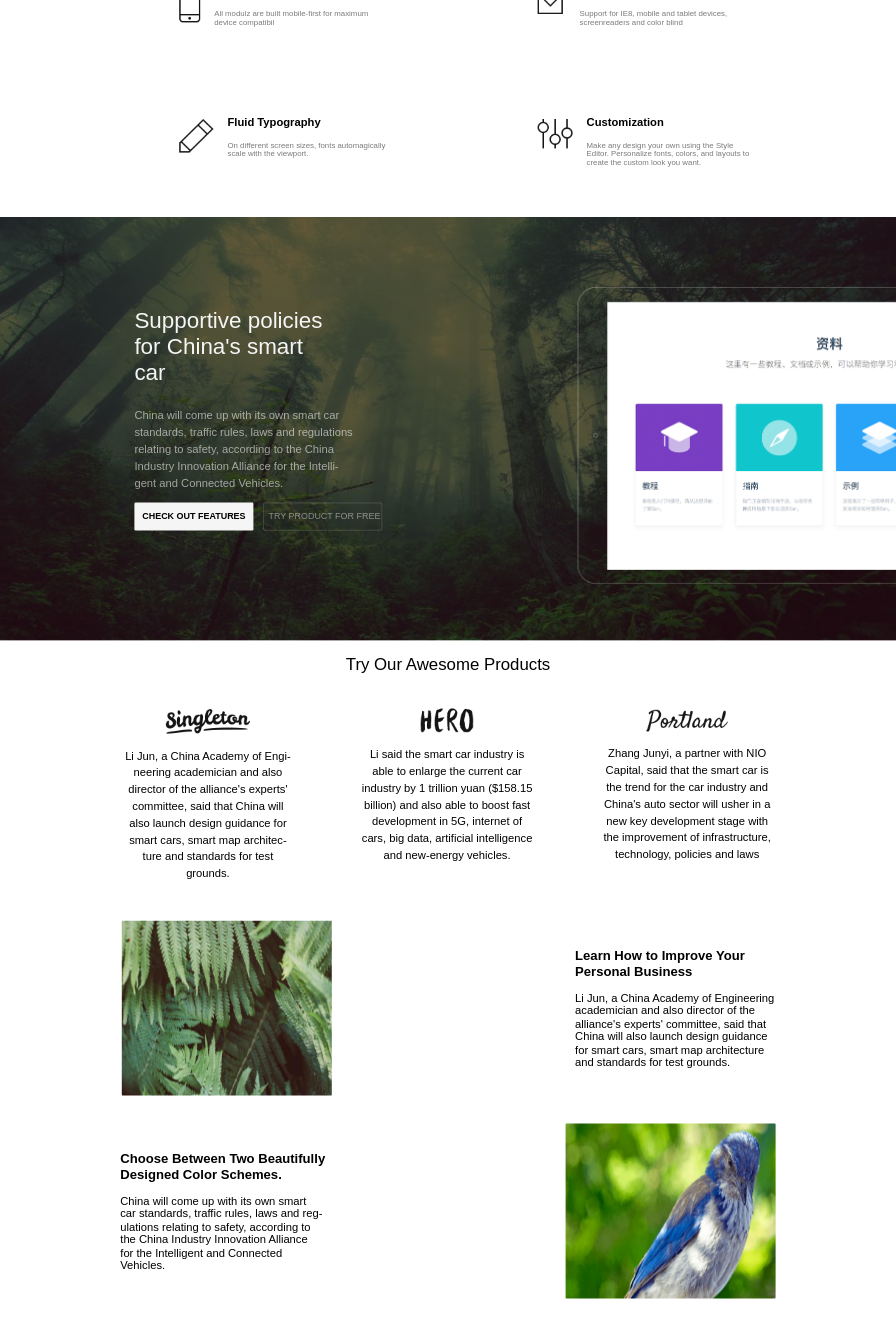
Repository: sogeisetsu/suy-ife
Page: 009-011/index.html
These files come from the project's save history. The page is drawn as it stood at one moment and after the next save; the edit follows.
The browser window is 1280 px wide. The pictures show the part of the page from y = 900 to 2820 px (the page is 2820 px tall), at 70% of full size.

Above is the page before, as saved 2019-10-12 11:43:28.

### 009-011/index.html
<!DOCTYPE html>
<html>
    <head>
        <meta name="charset" content="utf-8">
        <meta http-equiv="refresh" content="30">
        <link rel="stylesheet" href="normalize.css" type="text/css">
        <link rel="stylesheet" href="index.css" type="text/css">
    </head>
    <body>
        <div id=head>
            <div class=headback>
                <img src="sucai/head-back.png" alt="头部背景" class="head-image">
                <div class="headbackcolor"></div>
            </div>
            <div class="headfont">
                <h1 class="headfonttittle">Hello World</h1>
                <p class="headfonttext">China is speeding up strategic plan, standards, traffic rules, laws and regulations on  </p>
                <p class="headfonttext">accident-incurred liabilities for its smart car industry, Economic Information Daily </p>
                <p class="headfonttext">reported Thursday.</p>
            </div>
            <div class="headform">
                <h2 class="tittle">Create Your Account</h2>
                <p class="text">It is absolutely free</p>
                <form action="#">
                    <input class="input-field" type="email" name="email" id="email" placeholder="Create your email">
                    <input class="input-field" type="password" name="pws" id="pws" placeholder="Create your password">
                    <input class="sign-up" type="button" value="Sign Up">
                </form>
            </div>
        </div>
        <div id="page2">
            <div class="p2head">
                <p>Boatloads of Awesome</p>
                <h2>Ready-made, customizable, HTML <br>landing page sections</h2>
            </div>
            <div class="p2text">
                <div class="iphone">
                    <img src="sucai/Iphone Icon.png" alt="iphone">
                    <div class="texto">
                    <p class="tittle">Mobile First</p>
                    <p class="text">All modulz are built mobile-first for maximum<br>device compatibil </p>
                    </div>
                </div>
                <div class="check">
                    <img src="sucai/Check Icon.png" alt="check">
                    <div class="texto">
                    <p class="tittle">Accessibility</p>
                    <p class="text">Support for IE8, mobile and tablet devices,<br> screenreaders and color blind</p>
                    </div>
                </div>
                <div class="pencil">
                    <img src="sucai/Pencil Icon.png" alt="pencil">
                    <div class="texto">
                    <p class="tittle">Fluid Typography</p>
                    <p class="text">On different screen sizes, fonts automagically<br> scale with the viewport.</p>
                    </div>
                </div>
                <div class="setting">
                    <img src="sucai/Settings Icon.png" alt="setting">
                    <div class="texto">
                    <p class="tittle">Customization</p>
                    <p class="text">Make any design your own using the Style<br> Editor. Personalize fonts, colors, and layouts to<br> create the custom look you want.</p>
                    </div>
                </div>
            </div>
        </div>
        <div id=page3>
            <div class=page3back>
                <img src="sucai/page3background.png" alt="第三张背景" class="page3-image">
                <!-- <img src="sucai/page3Screen.png" alt="ipad屏幕" class="page3-screen"> -->
                <div class="headbackcolor"></div>
                <img src="sucai/page3Screen.png" alt="ipad屏幕" class="page3-screen">
            </div>
            <div class="page3text">
                <p class="tittle">Supportive policies<br> for China's smart<br> car</p>
                <p class="text">China will come up with its own smart car<br> standards, traffic rules, laws and regulations<br> relating to safety, according to the China<br> Industry Innovation Alliance for the Intelli-<br>gent and Connected Vehicles.</p>
                <input class="CheckoutFeatures" type="button" value="CHECK OUT FEATURES">
                <input class="TryproductforFree" type="button" value="Try product for Free">
            </div>
        </div>
        <div id="page4">
            <h2 class="tittle">Try Our Awesome Products</h2>
            <div class="text">
                <div class="singleton">
                    <img src="sucai/Singleton.png" alt="singleton">
                    <p>Li Jun, a China Academy of Engi-<br>neering academician and also<br> director of the alliance's experts'<br> committee, said that China will<br> also launch design guidance for<br> smart cars, smart map architec-<br>ture and standards for test<br> grounds.</p>
                </div>
                <div class="hero">
                    <img src="sucai/Hero.png" alt="hero">
                    <p>Li said the smart car industry is<br> able to enlarge the current car<br> industry by 1 trillion yuan ($158.15<br> billion) and also able to boost fast<br> development in 5G, internet of<br> cars, big data, artificial intelligence<br> and new-energy vehicles.</p>
                </div>
                <div class="portlaned">
                    <img src="sucai/Portland.png" alt="portland">
                    <p>Zhang Junyi, a partner with NIO<br> Capital, said that the smart car is<br> the trend for the car industry and<br> China's auto sector will usher in a<br> new key development stage with<br> the improvement of infrastructure,<br> technology, policies and laws</p>
                </div>
            </div>
        </div>
        <div id="page5">
            <div class="p5text">
            <div class="tree">
                <img src="sucai/tree.png" alt="树木">
                <div class="tree-text">
                    <h3>Learn How to Improve Your <br>Personal Business</h3>
                    <p>Li Jun, a China Academy of Engineering<br> academician and also director of the<br> alliance's experts' committee, said that<br> China will also launch design guidance<br> for smart cars, smart map architecture<br> and standards for test grounds.</p>
                </div>
            </div>
            <div class="bird">
                <!-- <img src="sucai/bird.png" alt="鸟"> -->
                <div class="bird-text">
                    <h3>Choose Between Two Beautifully<br> Designed Color Schemes.</h3>
                    <p>China will come up with its own smart<br> car standards, traffic rules, laws and reg-<br>ulations relating to safety, according to<br> the China Industry Innovation Alliance<br> for the Intelligent and Connected<br> Vehicles.</p>
                </div>
                <img src="sucai/bird.png" alt="鸟">
            </div>
            </div>
        </div>
    </body>
</html>

### 009-011/index.css
html,body{
    margin: 0;
    height: 100%;
    width: 100%;
}
#head,#page2,#page3{
    width: 100%;
    height: 605px;
    overflow: hidden;
}
#page5{
    width: 100%;
    height: 605px;
    overflow: hidden;
}

#page4{
    width: 100%;
    height: 400px;
    overflow: hidden;
}
.headback{
    position: relative;
    width: 100%;
    height: 100%;
    z-index: -1;
}
.page3back{
    width: 100%;
    height: 100%;
    z-index: -1;
}
.page3-screen{
    position: relative;
    bottom: 1210px;
    height: 70%;
    display: block;
     margin-top: 100px;
     margin-right: 0%;
     float: right;
}
.headbackcolor{
    background-color: rgba(12, 10, 8, 0.61);
    width: 100%;
    height: 100%;
    position: relative;
    bottom: 605px;
}
.head-image,.page3-image{
    height: 100%;
    width: 100%;
    display: block;
}
.headfont{
    position: relative;
    margin: 0;
    bottom: 605px;
    text-align: center;
}
.headfonttittle,.page3text .tittle{
    margin-top: 130px;
    font-size: 3em;
    color: rgb(245, 245, 245);
    font-weight: 300;
}
.headfonttext,.page3text .text{
    font-weight: 300;
    color: rgba(255, 255, 255, 0.568);
}
.headform{
    position: relative;
    bottom: 605px;
    margin: 40px auto;
    border-style: solid ;
    border-width: 2px;
    border-color: rgba(236, 235, 233, 0.445);
    border-radius: 10px;
    box-sizing: border-box;
    width: 850px;
    display: flex;
    flex-direction: column;
    height: 230px;
}
.headform .tittle{
    color: rgba(252, 249, 246, 0.89);
    text-transform: uppercase;
    font-size: 1em;
    text-align: center;
}
.headform .text{
    color: rgba(252, 249, 246, 0.616);
    text-transform: uppercase;
    font-size: 0.3em;
    text-align: center;
    margin-top: 0;
    font-family: Montserrat-Light;
}
.headform form{
    margin: 40px auto;
}
input{
    color: rgb(245, 245, 245);
}
.headform .input-field{
    width: 292px;
    height: 50px;
    padding: 18px 0 18px 22px;
    margin-right: 30px;
    box-sizing: border-box;
	border-radius: 2px;
	border: solid 1px rgba(255, 255, 255, 0.2);
    background: transparent;
}

.headform .sign-up,.page3text .CheckoutFeatures,.page3text .TryproductforFree{
    color: rgb(0, 0, 0);
    background-color: rgb(245, 245, 245);
    text-align: center;
    border: 0;
    height: 40px;
    width: 130px;
    text-transform: uppercase;
    font-size: 0.8em;
    font-weight: bold;
    border-radius: 2px;
    cursor: pointer;
    outline: none;
}
.page3text .CheckoutFeatures{
    width: 170px;
}
.page3text .TryproductforFree{
    background-color: transparent;
    width: 170px;
    border: solid 1px rgba(255, 255, 255, 0.2);
    color: rgba(245, 245, 245, 0.486);
    font-weight: 400;
    position: relative;
    left: 10px;
}
.headform .sign-up:active{
    border: 0;
    border-color: rgb(245, 245, 245);
    outline: none;
}
.p2head{
    text-align: center;
    margin-top: 90px;
}
.p2head p{
    text-transform: uppercase;
    /* letter-spacing: 0.2em; */
    font-weight: 400;
    font-size: 0.8em;
    margin-bottom: 2em;
}
.p2head h2{
    font-weight: 400;
    letter-spacing: 0.1em;
    line-height: 1.2em;

}
.p2text{
    margin-top: 50px;
    display: flex;
    flex-flow: row wrap;
    margin-left: 20%;
}
.iphone,.check,.pencil,.setting{
    flex: 50%;
    margin-bottom: 60px;
    margin-top: 40px;
    /* overflow: hidden; */
}
.iphone img,.iphone .texto,.check .texto,.check img,.pencil .texto,.pencil img,.setting img,.setting .texto{
    float: left;
}
.iphone .texto,.check .texto,.pencil .texto,.setting .texto{
    position: relative;
    left: 20px;
    bottom: 20px;
    margin: 0;
}
.texto .tittle{
    font-weight: bold;
}
.texto .text{
    font-size: 0.7em;
    color: rgba(0, 0, 0, 0.521);
}
.page3text{
    width: 70%;
    left: 15%;
    bottom: 605px;
    position: relative;
}
.page3text .tittle{
    font-size: 2em;;
}
.page3text .text{
    line-height: 1.5em;
}
#page4 .tittle{
    text-align: center;
    font-weight: 400;
}
#page4 .text{
    display: flex;
    flex-flow: row;
    text-align: center;
    align-items: center;
    justify-content: space-around;
    margin-top: 50px;
    margin-left: 10%;
    margin-right: 10%;
}
.portlaned p,.singleton p,.hero p{
    font-weight: 300;
    line-height: 1.5em;
}
.hero,.portlaned{
    position: relative;
    bottom: 13px;
}
#page5 .tree,#page5 .bird{
    display: flex;
    /* width: 2000px; */
    box-sizing: border-box;
    width: 100%;
    align-items: center;
    justify-content: space-around;
    /* margin-top: 50px;
    margin-left: 10%; */
    position: relative;
    /* bottom: 605px; */
}
#page5 .bird{
    margin-top: 40px;
}
/* .tree .tree-text,.bird .bird-text{
    box-sizing: border-box;
    width: 500px;
    position: relative;
} */
/* .tree .tree-text{
    left: 200px;
} */
/* .p5text{
    margin-left: 20%;
} */
#page5 img{
    height: 250px;
    width: 300px;
}

Loaded but not shown: 009-011/normalize.css (library)

After the next save:
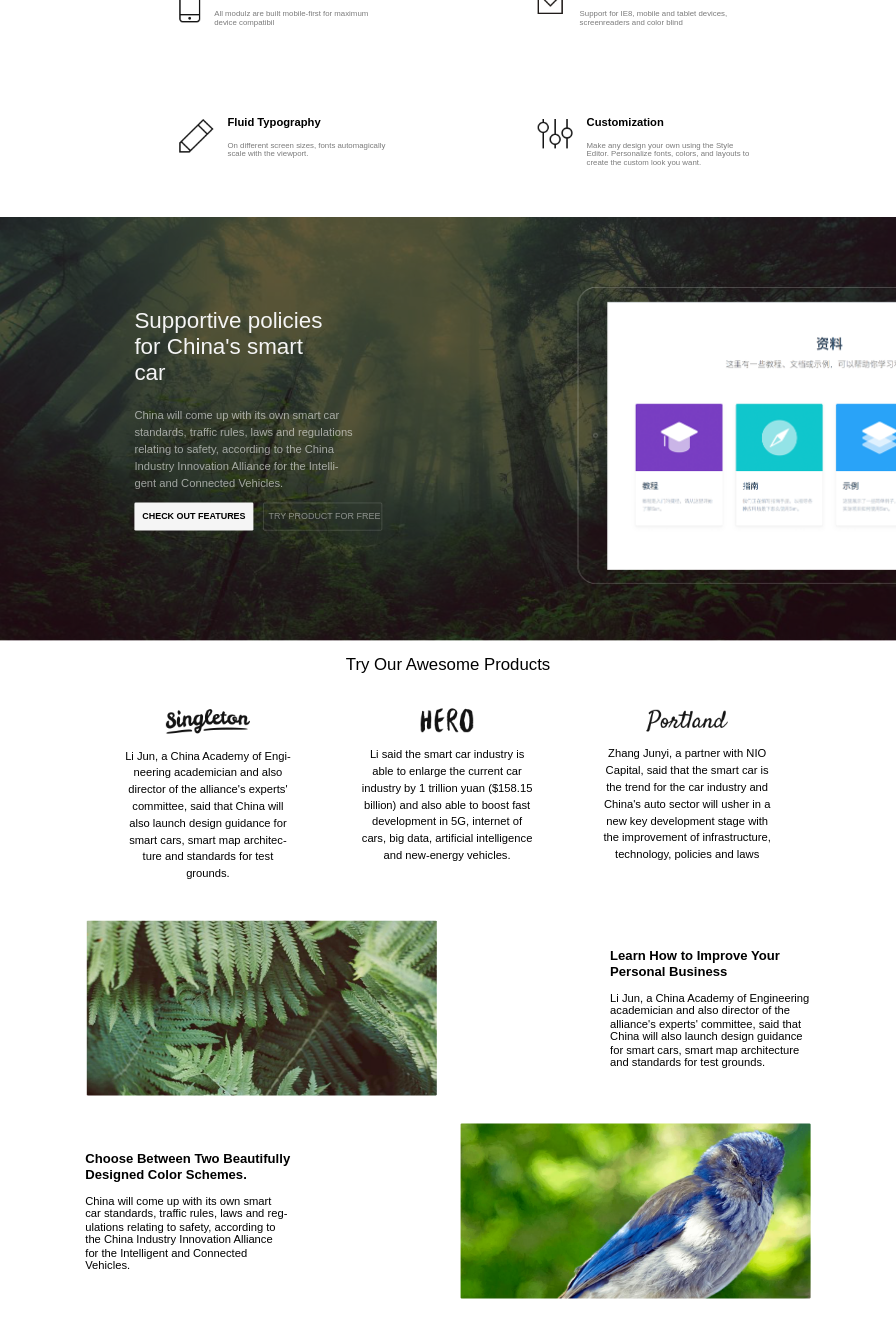
Saved 12 s later.
--- a/009-011/index.css
+++ b/009-011/index.css
@@ -250,5 +250,5 @@ input{
 } */
 #page5 img{
     height: 250px;
-    width: 300px;
-}
+    width: 500px;
+}
